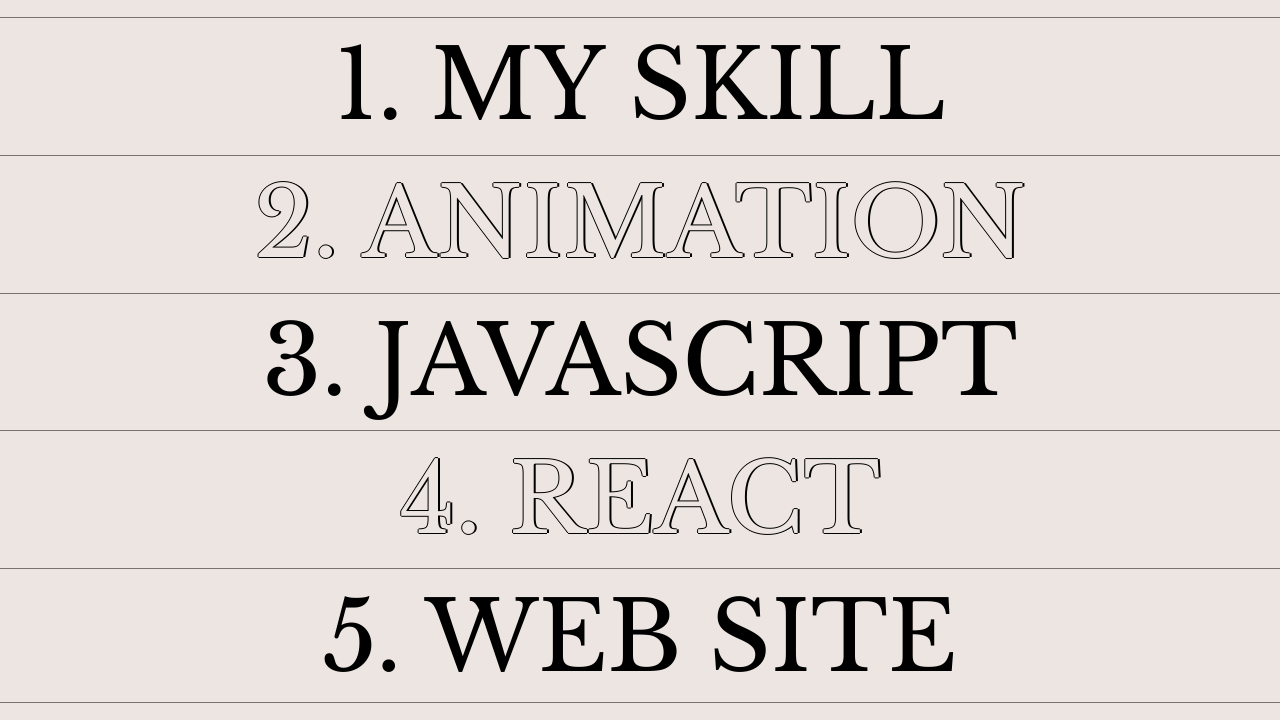
Repository: clsrnemfdml/portfolio_parksj_versiton1
Page: index.html
The author's editor kept a copy of each file at every save. The page is drawn from the files as they stood at one save, then again after a run of saves.
The browser window is 1280 px wide. The pictures show the whole page.

Above is the page before, as saved 2021-09-10 08:31:58.

After the next 2 saves:
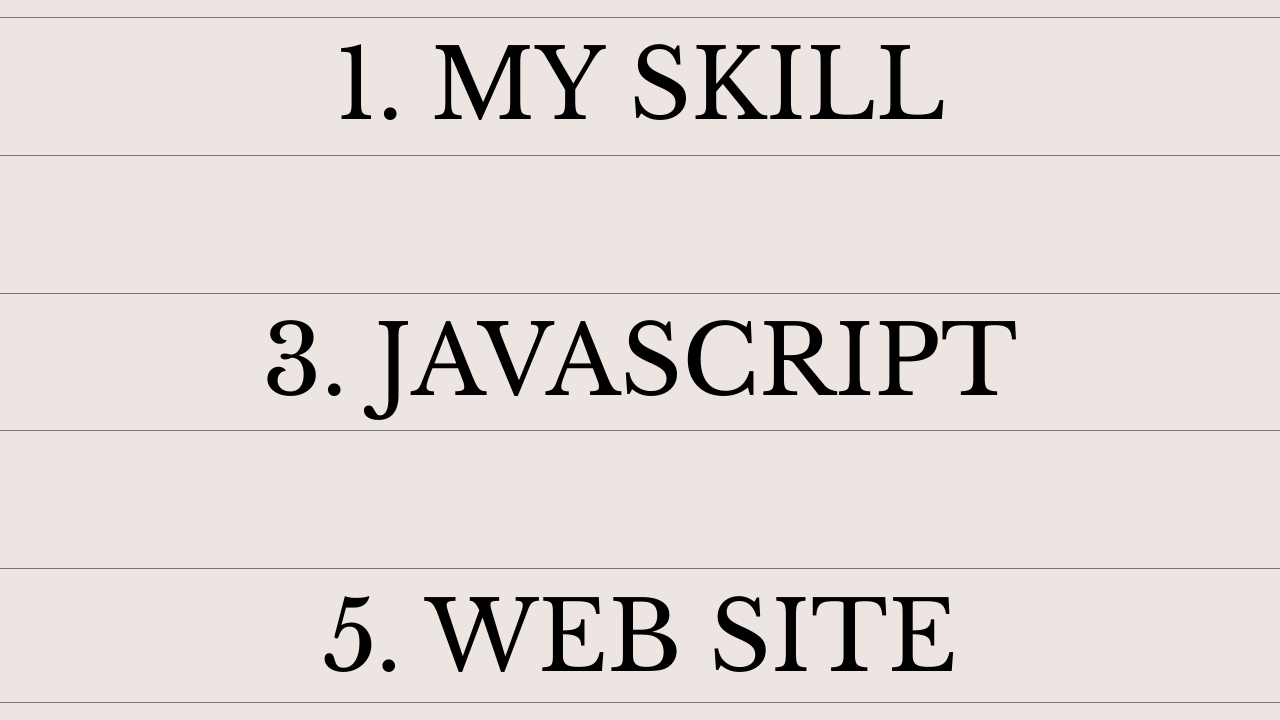
The 2 saves are shown as one change because they came seconds apart.
The last was saved 17 s later.
--- a/css/index.css
+++ b/css/index.css
@@ -29,7 +29,7 @@
 }
 .clickMenu .wrap_portFolio ul li:nth-child(2n){
    color: #ECE5E1;
-   text-shadow: -1px 0 #000000, 0 1px #000000, 2px 0 #000000, 0 -1px #000000;
+   text-shadow: -1px 0 #000000, 0 1px #000000, 2px 0 #000000, 0 px #000000;
 }
 .clickMenu .wrap_portFolio ul li:last-child{height: calc(100%/5); width: 100%; border-bottom: 0}
 

After the save that followed:
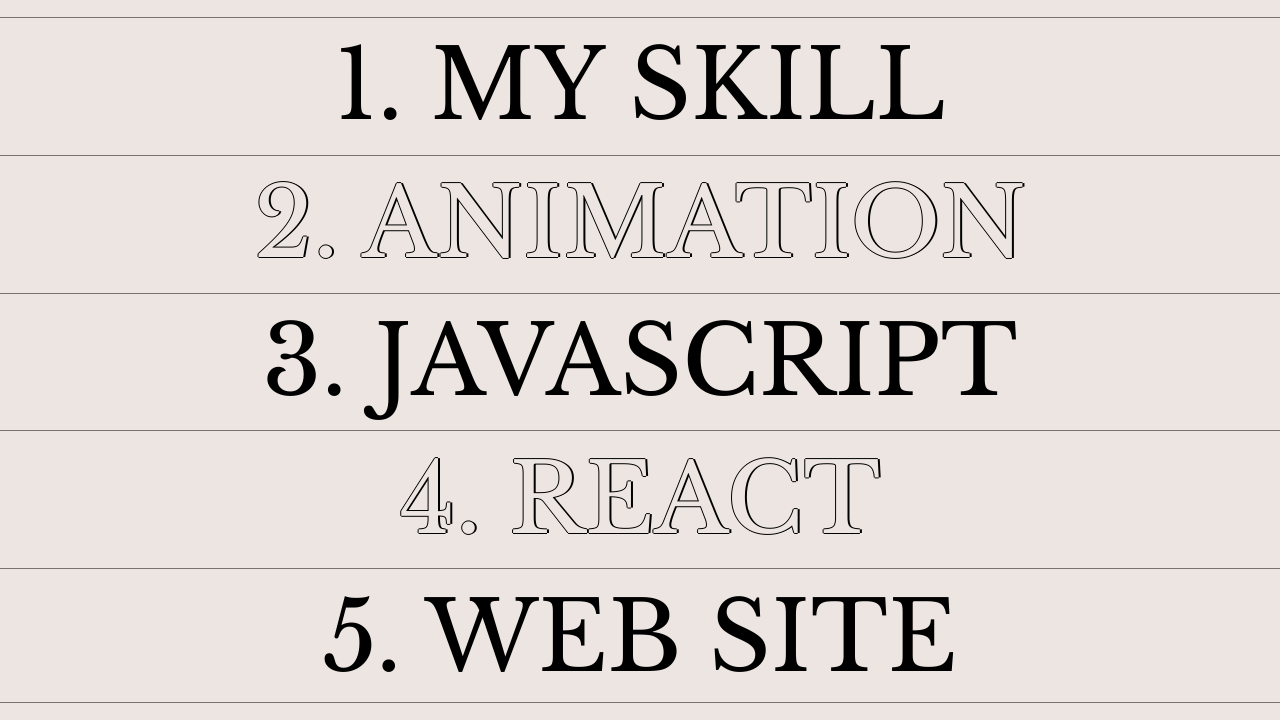
Saved 4 s later.
--- a/css/index.css
+++ b/css/index.css
@@ -29,7 +29,7 @@
 }
 .clickMenu .wrap_portFolio ul li:nth-child(2n){
    color: #ECE5E1;
-   text-shadow: -1px 0 #000000, 0 1px #000000, 2px 0 #000000, 0 px #000000;
+   text-shadow: -1px 0 #000000, 0 1px #000000, 2px 0 #000000, 0 -1px #000000;
 }
 .clickMenu .wrap_portFolio ul li:last-child{height: calc(100%/5); width: 100%; border-bottom: 0}
 
